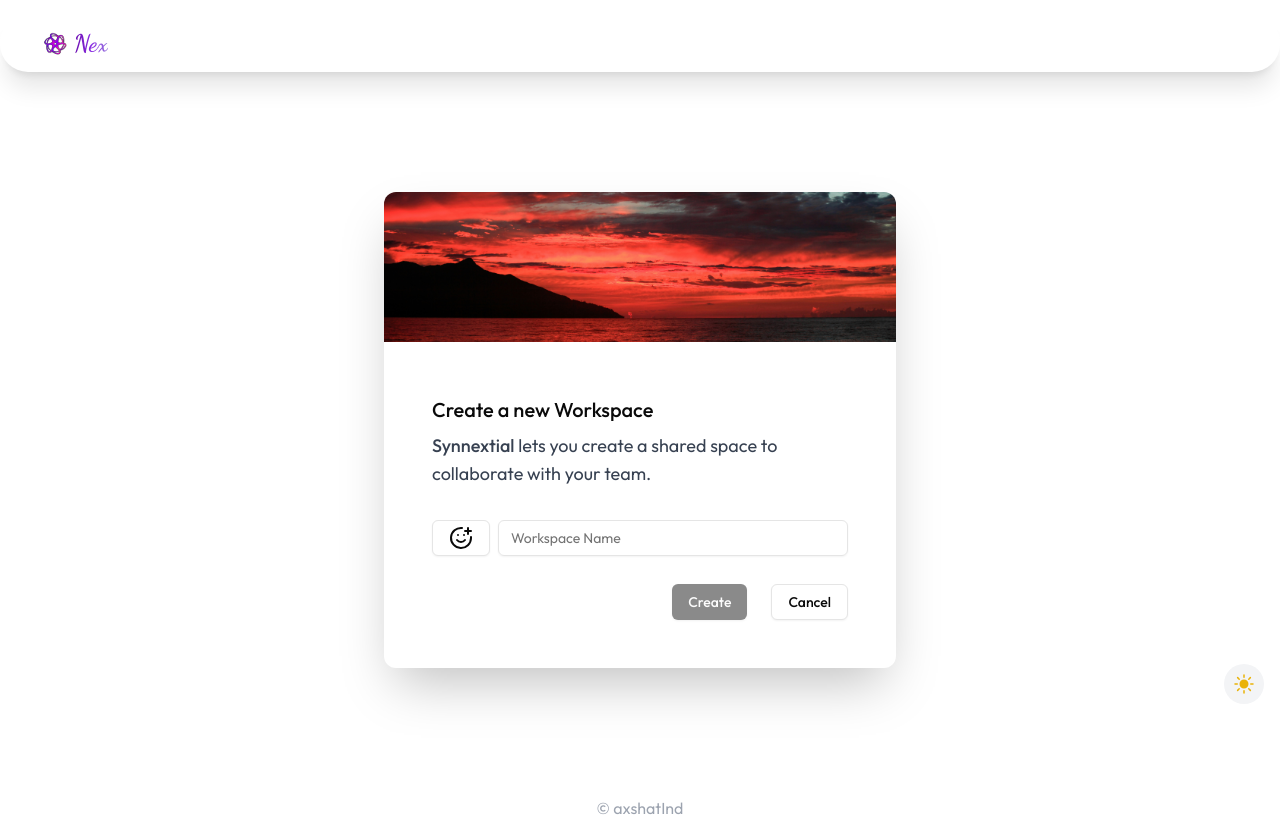
Repository: axshatInd/synnexTial
Page: /createworkspace
An editor plug-in stored every save of this project. The page is shown before and after the next save, followed by the edit.
The browser window is 1280 px wide. The pictures show the whole page.
The page's requests for data from a server got no answer. The project was rebuilt for these pictures with package versions that can differ from the ones it lists, and the page was loaded fresh each time. Some packages were replaced by stand-ins written for this rebuild. The framework's server and built-in components were replaced by stand-ins that run in the browser. No one was signed in, and anything a server would have sent is missing. Also part of the build but not shown: next.config.mjs.

Above is the page before, as saved 2024-08-28 16:25:37.

After the next save:
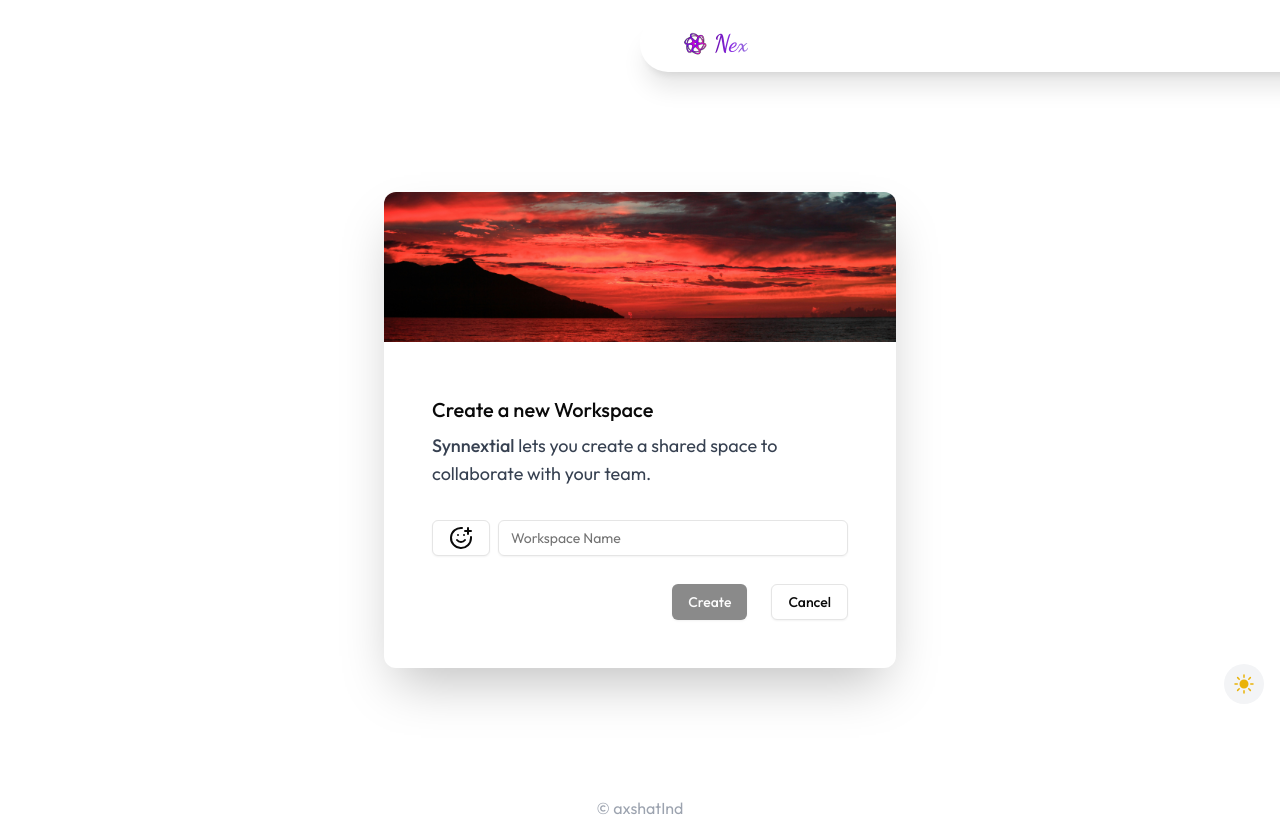
Saved 57 s later.
--- a/app/(routes)/dashboard/_components/Header.jsx
+++ b/app/(routes)/dashboard/_components/Header.jsx
@@ -20,7 +20,7 @@
   return (
     <header
       ref={headerRef} // Reference for animation
-      className="fixed top-4 left-1/2 right-1/2 transform -translate-x-1/2 z-50 flex justify-between items-center px-4 py-3 md:px-6 md:py-3 shadow-xl rounded-full bg-white w-full max-w-7xl"
+      className="fixed top-4 left-1/2 right-1/2 transform-translate-x-1/2 z-50 flex justify-between items-center px-4 py-3 md:px-6 md:py-3 shadow-xl rounded-full bg-white w-full max-w-7xl"
     >
       <div className="w-full max-w-screen-xl mx-auto px-4 flex justify-between items-center">
         <Logo />

After the save that followed:
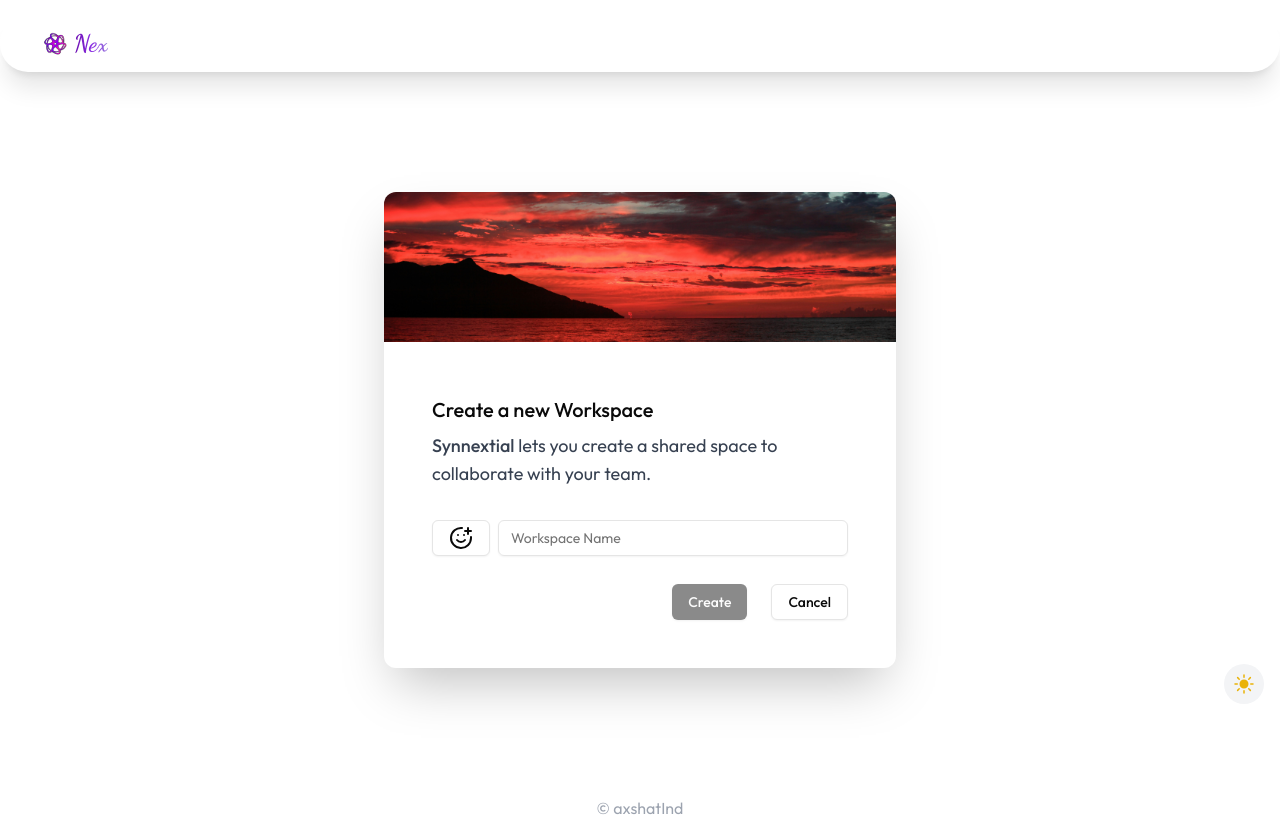
Saved 6 s later.
--- a/app/(routes)/dashboard/_components/Header.jsx
+++ b/app/(routes)/dashboard/_components/Header.jsx
@@ -20,7 +20,7 @@
   return (
     <header
       ref={headerRef} // Reference for animation
-      className="fixed top-4 left-1/2 right-1/2 transform-translate-x-1/2 z-50 flex justify-between items-center px-4 py-3 md:px-6 md:py-3 shadow-xl rounded-full bg-white w-full max-w-7xl"
+      className="fixed top-4 left-1/2 right-1/2 transform -translate-x-1/2 z-50 flex justify-between items-center px-4 py-3 md:px-6 md:py-3 shadow-xl rounded-full bg-white w-full max-w-7xl"
     >
       <div className="w-full max-w-screen-xl mx-auto px-4 flex justify-between items-center">
         <Logo />
